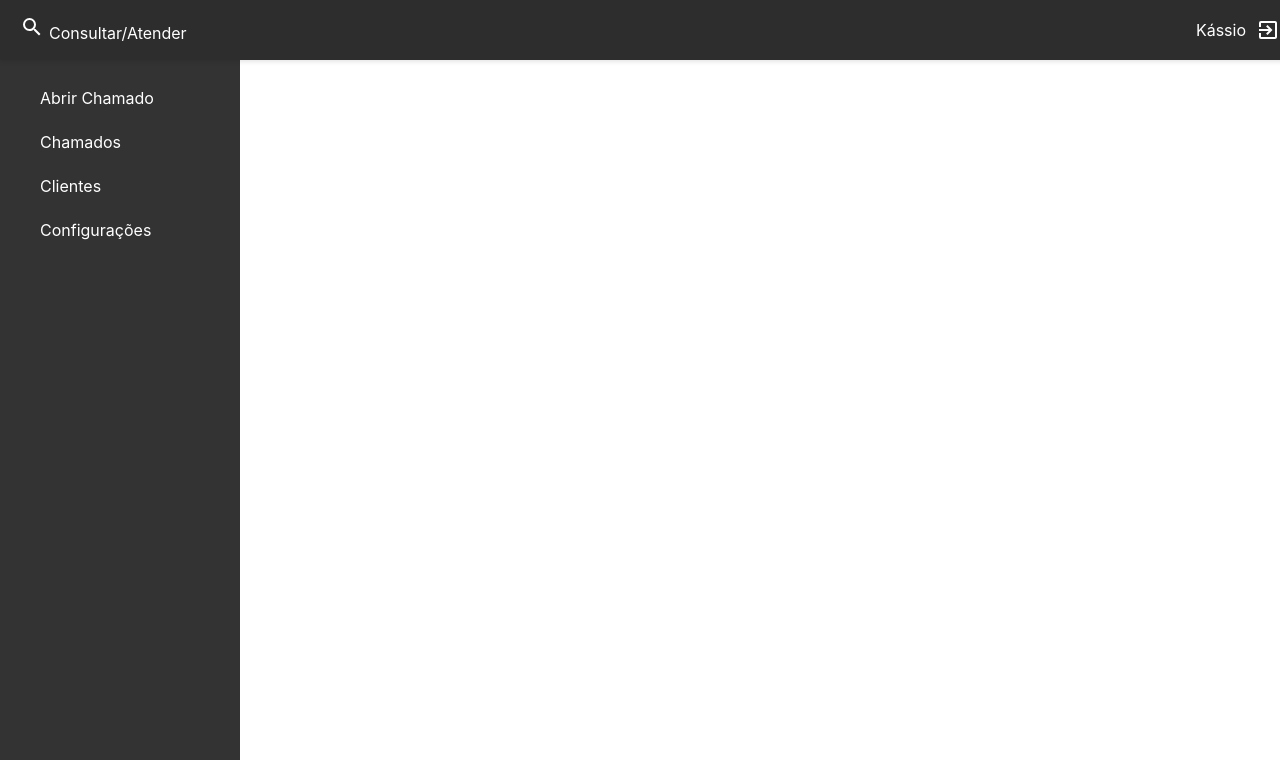
Repository: zkassimz/helpdesk
Page: /
The author's editor kept a copy of each file at every save. The page is drawn from the files as they stood at one save, then again after a run of saves.
The browser window is 1280 px wide. The pictures show the whole page.
The project was rebuilt for these pictures with package versions that can differ from the ones it lists, and the page was loaded fresh each time. Also part of the build but not shown: vite.config.js, src/components/css/Chamados.css, src/components/Chamados.jsx, src/components/Clientes.jsx, src/components/Configuracoes.jsx.

Above is the page before, as saved 2024-04-02 12:41:23.

After the next 2 saves:
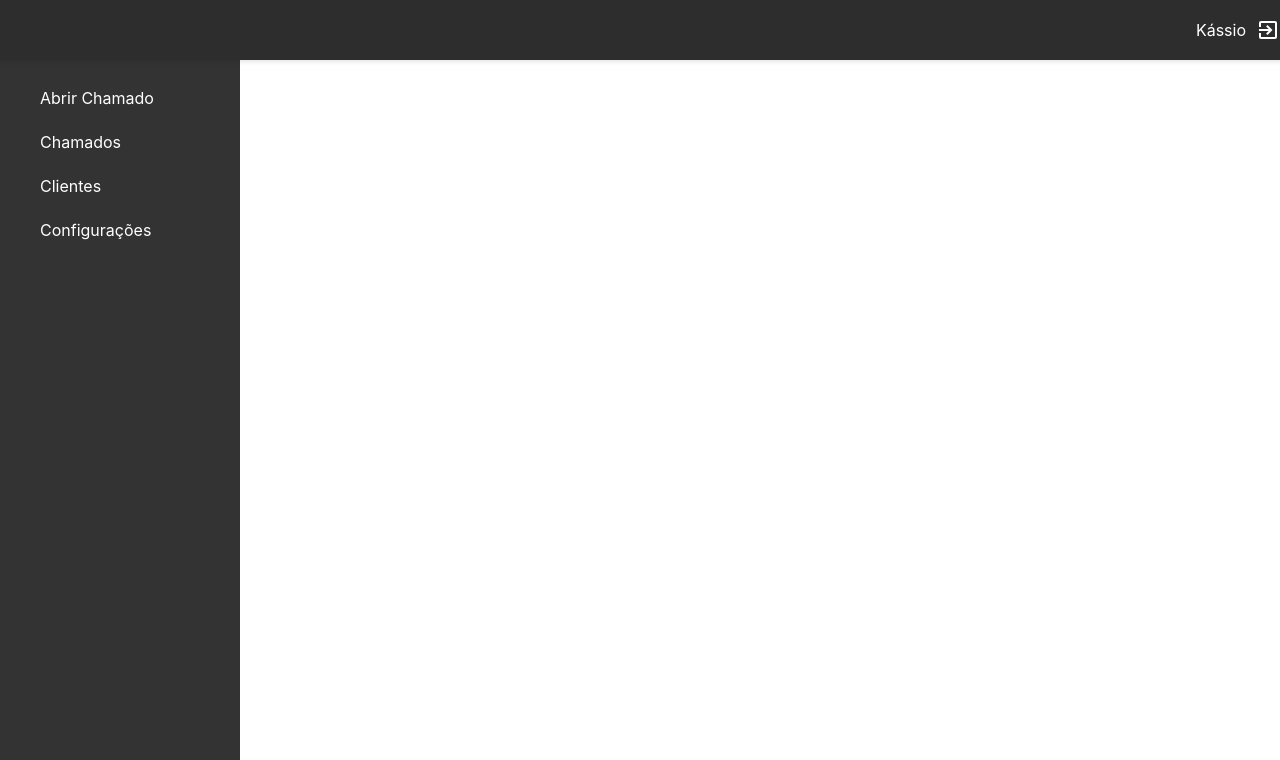
The 2 saves are shown as one change because they came seconds apart.
The last was saved 6 s later.
--- a/src/components/AppBar.jsx
+++ b/src/components/AppBar.jsx
@@ -11,10 +11,9 @@
       <div className="appbar-left">
 
 
-        <div className="appbar-item" onClick={() => console.log("Consultar/Atender")}>
-          <MdSearch size={24} />
-          <span>Consultar/Atender</span>
-        </div>
+
+
+
       </div>
       <div className="appbar-right">
         <span>Kássio </span>

After the save that followed:
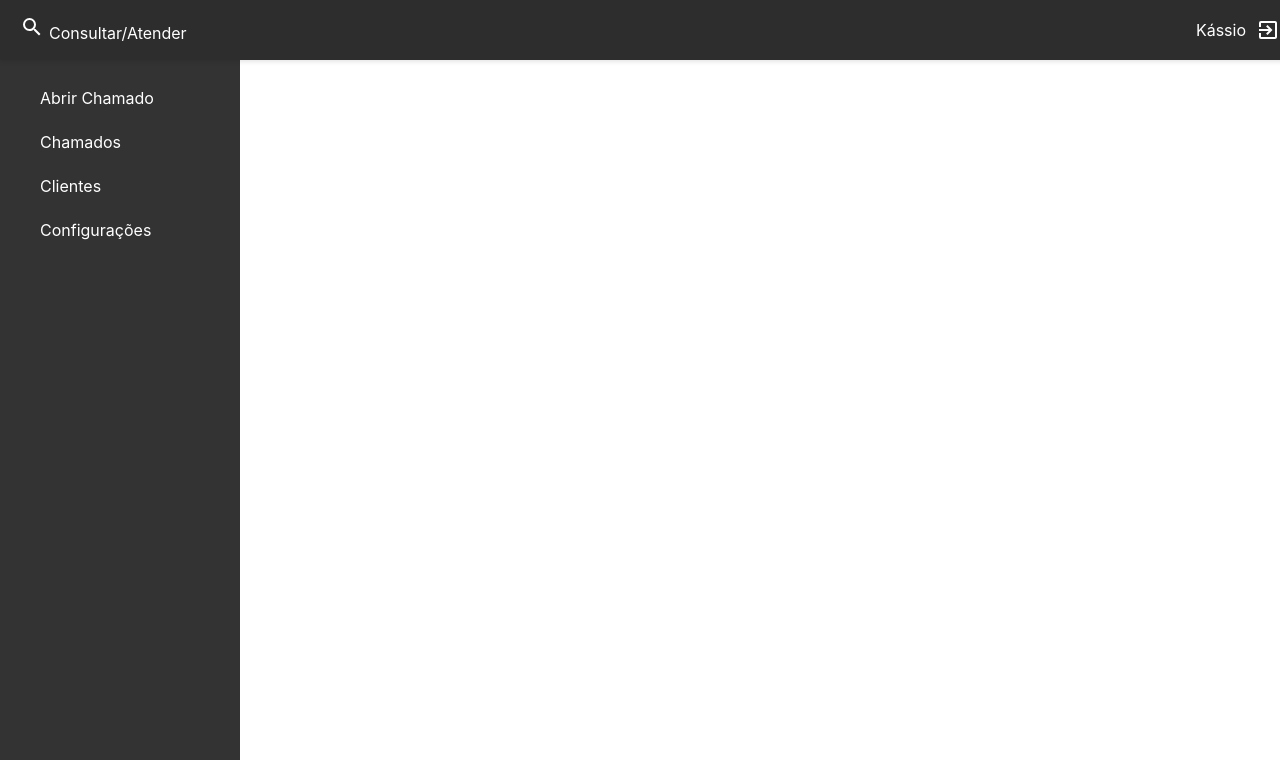
Saved 17 s later.
--- a/src/components/AppBar.jsx
+++ b/src/components/AppBar.jsx
@@ -11,9 +11,10 @@
       <div className="appbar-left">
 
 
-
-
-
+        <div className="appbar-item" onClick={() => console.log("Consultar/Atender")}>
+          <MdSearch size={24} />
+          <span>Consultar/Atender</span>
+        </div>
       </div>
       <div className="appbar-right">
         <span>Kássio </span>
